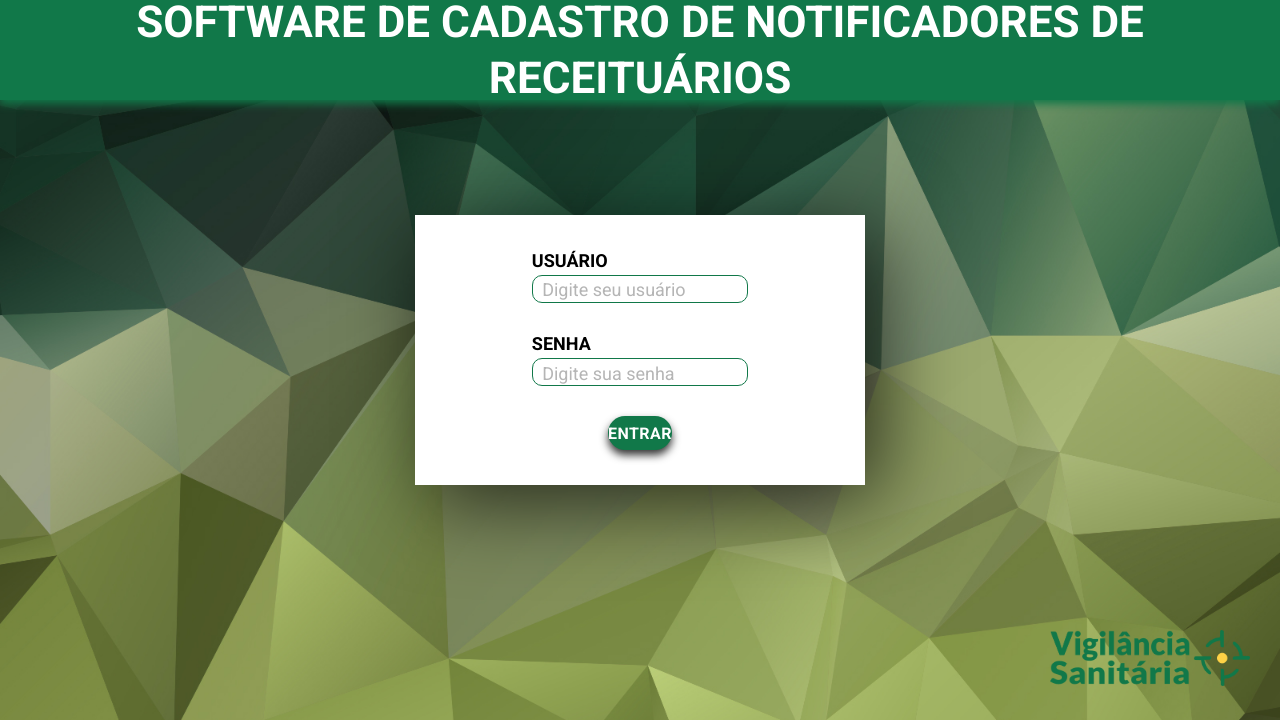
Repository: milena-rosa/web-prescription-notifier
Page: /
These files come from the project's save history. The page is drawn as it stood at one moment and after the next save; the edit follows.
The browser window is 1280 px wide. The pictures show the whole page.
The project was rebuilt for these pictures with package versions that can differ from the ones it lists, and the page was loaded fresh each time. Also part of the build but not shown: src/pages/Home/styles.ts, src/pages/Home/index.tsx.

Above is the page before, as saved 2021-11-07 13:28:21.

### public/index.html
<!DOCTYPE html>
<html lang="en">

<head>
  <meta charset="utf-8" />
  <link rel="preconnect" href="https://fonts.googleapis.com">
  <link rel="preconnect" href="https://fonts.gstatic.com" crossorigin>
  <link href="https://fonts.googleapis.com/css2?family=Roboto:wght@400;700&display=swap" rel="stylesheet">
  <!-- <link rel="icon" href="%PUBLIC_URL%/favicon.ico" /> -->
  <meta name="viewport" content="width=device-width, initial-scale=1" />
  <meta name="theme-color" content="#000000" />
  <title>Cadastro de Notificadores de Receituários</title>
</head>

<body>
  <noscript>You need to enable JavaScript to run this app.</noscript>
  <div id="root"></div>
</body>

</html>

### src/index.tsx
import React from 'react'
import ReactDOM from 'react-dom'

import { App } from './App'

ReactDOM.render(
  <React.StrictMode>
    <App />
  </React.StrictMode>,
  document.getElementById('root')
)

### src/App.tsx
import React from 'react'
import { BrowserRouter as Router } from 'react-router-dom'

import { Routes } from './routes'
import { GlobalStyle } from './styles/global'

export function App() {
  return (
    <Router>
      <Routes />
      <GlobalStyle />
    </Router>
  )
}

### src/routes/index.tsx
import React from 'react'
import { Switch } from 'react-router-dom'

import { Home } from '../pages/Home'
import { SignIn } from '../pages/SignIn'
import { Route } from './Route'

// import { useAuth } from '../hooks/useAuth'

export function Routes() {
  // const { loading } = useAuth()

  // if (loading) {
  //   return <h1>Abrindo...</h1>
  // }

  return (
    <Switch>
      <Route path="/" exact component={SignIn} />
      <Route path="/home" exact component={Home} isPrivate />
    </Switch>
  )
}

### src/styles/global.ts
import { createGlobalStyle } from 'styled-components'

export const GlobalStyle = createGlobalStyle`
  :root {
    --black: #000000;
    --gray: #b5b5b5;
    --white: #ffffff;

    --green-primary: #117849;
    --green-primary-70: rgba(17, 120, 73, 0.7);
    --green-primary-30: rgba(17, 120, 73, 0.3);
    --green-primary-5: rgba(17, 120, 73, 0.05);

    --light-green: #dbebe4;
    --brownish-green: #51665c;

    --red: #ff0000;
    --yellow: #f6ff8f;
  }

  * {
    box-sizing: border-box;
    margin: 0;
    padding: 0;
  }

  html {
    @media (max-width: 1080px) {
      font-size: 93.75%; // 15px
    }

    @media (max-width: 720px) {
      font-size: 87.5%; // 14px
    }
  }

  body {
    background: var(--white);
    color: var(--black);
    -webkit-font-smoothing: antialiased;
  }

  body, input, textarea, button, select {
    font-family: 'Roboto', sans-serif;
    font-weight: 400;
  }

  button {
    border: none;
    cursor: pointer;
  }

  .react-modal-overlay {
    align-items: center;
    background: rgba(0, 0, 0, 0.5);
    bottom: 0;
    display: flex;
    justify-content: center;
    left: 0;
    position: fixed;
    right: 0;
    top: 0;
    z-index: 11;
  }

  .react-modal-content {
    background: var(--white);
    border-radius: 0.25rem;
    min-height: 2.4rem;
    max-width: 41rem;
    position: relative;
    z-index: 12;
  }

  .react-modal-close {
    background: transparent;
    border: 0;
    position: absolute;
    right: 1rem;
    top: 1rem;
    transition: filter 0.2s;

    &:hover {
      filter: brightness(0.8);
    }
  }
`

### src/pages/SignIn/index.tsx
import React from 'react'

import logo from '../../assets/logo.png'
import { Button } from '../../components/Button'
import { Input } from '../../components/Input'
import { useForm } from '../../hooks/useForm'
import { Container } from './styles'

interface SignInFormValues {
  user: string
  password: string
}

export const SignIn: React.FC = () => {
  const {
    data: { user, password },
    handleChange,
    errors
  } = useForm<SignInFormValues>({
    initialValues: { user: '', password: '' },
    onSubmit: (event) => console.log(event),
    validations: {
      user: { required: { value: true, message: 'Preencha o campo obrigatório.' } },
      password: { required: { value: true, message: 'Preencha o campo obrigatório.' } }
    }
  })

  return (
    <Container>
      <header>Software de Cadastro de Notificadores de Receituários</header>
      <div>
        <Input
          name="user"
          label="Usuário"
          type="text"
          placeholder="Digite seu usuário"
          value={user}
          onChange={handleChange('user')}
          errors={errors.user}
          containerStyle={{ marginBottom: '1.875rem' }}
        />
        <Input
          name="password"
          label="Senha"
          type="password"
          placeholder="Digite sua senha"
          value={password}
          onChange={handleChange('password')}
          errors={errors.password}
          containerStyle={{ marginBottom: '1.875rem' }}
        />
        <Button>Entrar</Button>
      </div>
      <footer>
        <img src={logo} alt="Vigilância Sanitária" />
      </footer>
    </Container>
  )
}

### src/routes/Route.tsx
import React, { ComponentType } from 'react'
import { RouteProps as ReactDOMRouteProps, Route as ReactDOMRoute, Redirect } from 'react-router-dom'

interface IRouteProps extends ReactDOMRouteProps {
  isPrivate?: boolean
  component: ComponentType
}

export function Route({ isPrivate = false, component: Component, ...rest }: IRouteProps) {
  const isSigned = false

  return (
    <ReactDOMRoute
      {...rest}
      render={({ location }) =>
        (isPrivate && isSigned) || (!isPrivate && !isSigned) ? (
          <Component />
        ) : (
          <Redirect
            to={{
              pathname: isPrivate ? '/' : '/home',
              state: { from: location }
            }}
          />
        )
      }
    />
  )
}

### src/components/Button/index.tsx
import React, { ButtonHTMLAttributes } from 'react'

import { Container } from './styles'

interface ButtonProps extends ButtonHTMLAttributes<HTMLButtonElement> {
  buttonStyle?: object
}

export function Button({ children, buttonStyle = {}, ...rest }: ButtonProps) {
  return (
    <Container style={buttonStyle} {...rest}>
      {children}
    </Container>
  )
}

### src/components/Input/index.tsx
import React, { InputHTMLAttributes, useCallback, useState } from 'react'

import { Container, InputInformationContainer, Error, InputContainer } from './styles'

interface InputProps extends InputHTMLAttributes<HTMLInputElement> {
  name: string
  label?: string
  errors?: string
  containerStyle?: object
  inputStyle?: object
}

export const Input = ({
  name,
  label,
  containerStyle = {},
  inputStyle = {},
  errors,
  value,
  onBlur,
  disabled = false,
  ...rest
}: InputProps) => {
  const [isFocused, setIsFocused] = useState(false)

  const handleInputFocus = useCallback(() => {
    setIsFocused(true)
  }, [])

  const handleInputBlur = useCallback(
    (event: React.FocusEvent<HTMLInputElement>) => {
      if (onBlur) {
        onBlur(event)
      }
      setIsFocused(false)
    },
    [onBlur]
  )

  return (
    <Container>
      <InputInformationContainer>{!!label && <label htmlFor={name}>{label}</label>}</InputInformationContainer>
      <InputContainer style={containerStyle} isFocused={isFocused} isInvalid={!!errors} disabled={disabled}>
        <input
          {...rest}
          value={value || ''}
          id={name}
          name={name}
          onFocus={handleInputFocus}
          onBlur={handleInputBlur}
          style={inputStyle}
        />
      </InputContainer>
      {!!errors && <Error>{errors}</Error>}
    </Container>
  )
}

### src/hooks/useForm.ts
import { ChangeEvent, FormEvent, useState } from 'react'

interface Validation {
  required?: {
    value: boolean
    message: string
  }
  pattern?: {
    value: string
    message: string
  }
  custom?: {
    isValid: (value: any) => boolean
    message: string
  }
}

type Validations<T extends {}> = Partial<Record<keyof T, Validation>>
type ErrorRecord<T> = Partial<Record<keyof T, string>>

export type FormOptions<T extends {}> = {
  validations?: Validations<T>
  initialValues?: Partial<T>
  onSubmit?: (event?: any) => void
}

export type FormReturn<T extends {}> = {
  data: T
  handleChange: <S extends unknown>(
    key: keyof T,
    sanitizeFn?: ((value: string) => S) | undefined
  ) => (event: ChangeEvent<HTMLInputElement & HTMLSelectElement & HTMLTextAreaElement>) => void
  handleSubmit: (event: FormEvent<HTMLFormElement>) => Promise<void>
  reset: () => void
  setValue: (key: keyof T, value: any) => void
  errors: Partial<Record<keyof T, string>>
}

export const useForm = <T extends Record<keyof T, any>>(options?: FormOptions<T>) => {
  const [data, setData] = useState<T>((options?.initialValues || {}) as T)
  const [errors, setErrors] = useState<ErrorRecord<T>>({})

  const handleChange =
    <S extends unknown>(key: keyof T, sanitizeFn?: (value: string) => S) =>
    (event: ChangeEvent<HTMLInputElement & HTMLSelectElement & HTMLTextAreaElement>) => {
      const value =
        event.target.type === 'checkbox'
          ? event.target.checked
          : sanitizeFn
          ? sanitizeFn(event.target.value)
          : event.target.value

      setData({
        ...data,
        [key]: value
      })
    }

  const handleSubmit = async (event: FormEvent<HTMLFormElement>) => {
    event?.preventDefault()

    const validations = options?.validations
    if (validations) {
      let valid = true
      const newErrors: Partial<Record<keyof T, string>> = {}

      for (const key in validations) {
        const value = data[key]
        const validation = validations[key]

        if (validation?.required?.value && !value) {
          valid = false
          newErrors[key] = validation?.required?.message
        }

        const pattern = validation?.pattern
        if (pattern?.value && !RegExp(pattern.value).test(value)) {
          valid = false
          newErrors[key] = pattern.message
        }

        const custom = validation?.custom
        if (custom?.isValid && !custom.isValid(value)) {
          valid = false
          newErrors[key] = custom.message
        }
      }

      if (!valid) {
        setErrors(newErrors)
        return
      }
    }

    setErrors({})

    if (options?.onSubmit) {
      options.onSubmit()
    }
  }

  const reset = () => {
    setData({} as T)
    setErrors({})
  }

  const setValue = (key: keyof T, value: any) => {
    setData({
      ...data,
      [key]: value
    })
  }

  return {
    data,
    handleChange,
    handleSubmit,
    reset,
    setValue,
    errors
  }
}

### src/pages/SignIn/styles.ts
import styled from 'styled-components'

import backgroundImg from '../../assets/background.png'

export const Container = styled.div`
  align-items: center;
  background: url(${backgroundImg}) no-repeat center center fixed;
  background-size: cover;
  bottom: 0;
  display: flex;
  flex-direction: column;
  justify-content: space-between;
  left: 0;
  position: fixed;
  right: 0;
  top: 0;
  z-index: 11;

  header {
    align-items: center;
    background: var(--green-primary);
    color: var(--white);
    display: flex;
    filter: drop-shadow(0px 4px 4px var(--green-primary));
    font-weight: bold;
    font-size: 2.75rem;
    height: 6.25rem;
    justify-content: center;
    line-height: 3.5rem;
    text-align: center;
    text-transform: uppercase;
    width: 100%;
  }

  > div {
    align-items: center;
    background-color: var(--white);
    display: flex;
    filter: drop-shadow(15px 15px 42px rgba(0, 0, 0, 0.7));
    flex-direction: column;
    height: 16.875rem;
    padding: 2.1875rem 4.6875rem;
    width: 28.125rem;
  }

  footer {
    /* background: lime; */
    align-self: flex-end;

    > img {
      margin: 1.875rem;
      width: 12.5rem;
    }
  }
`

### src/components/Button/styles.ts
import styled from 'styled-components'

export const Container = styled.button`
  align-items: center;
  background: var(--green-primary);
  border: 0;
  border-radius: 3.125rem;
  box-shadow: 0px 5px 8px rgba(0, 0, 0, 0.8);
  color: var(--white);
  display: flex;
  font-weight: bold;
  font-size: 1rem;
  height: 2.5rem;
  justify-content: center;
  letter-spacing: 0.03em;
  line-height: 1.1875rem;
  text-align: center;
  text-transform: uppercase;

  &:disabled {
    background: var(--gray-20);
    box-shadow: 0 6px 12px rgba(51, 51, 51, 0.25);
    color: var(--gray-40);
  }

  &:hover {
    transform: translate(1px, 1px);
  }
`

### src/components/Input/styles.ts
import styled, { css } from 'styled-components'

export const Container = styled.div`
  display: flex;
  flex-direction: column;
`

interface InputContainerProps {
  isFocused: boolean
  isInvalid: boolean
  disabled: boolean
}

export const InputContainer = styled.div<InputContainerProps>`
  background: ${(props) => (props.disabled ? 'var(--gray-20)' : 'var(--green-primary-15)')};
  border: 1px solid ${(props) => (props.disabled ? 'transparent' : 'var(--green-primary)')};
  border-radius: 0.625rem;
  color: ${(props) => (props.disabled ? 'var(--gray-60)' : 'var(--black)')};
  height: 1.76rem;
  position: relative;

  ${(props) =>
    props.isFocused &&
    css`
      border-color: var(--blue-primary);
    `}

  ${(props) =>
    props.isInvalid &&
    css`
      border-color: var(--orange);
    `}

  input {
    background: transparent;
    border: 0;
    font-size: 1.125rem;
    line-height: 1.3125rem;
    height: 100%;
    min-height: 1.76rem;
    outline: 0;
    padding-left: 0.58rem;
    width: 100%;

    &::placeholder {
      color: var(--gray);
    }
  }
`

export const InputInformationContainer = styled.div`
  align-items: baseline;
  display: flex;
  justify-content: space-between;

  label {
    color: var(--black);
    display: block;
    font-size: 1.125rem;
    font-weight: bold;
    line-height: 1.3125rem;
    text-transform: uppercase;
    margin-bottom: 0.25rem;
  }
`

export const Error = styled.p`
  color: var(--orange);
  font-size: 1rem;
  line-height: 1.25rem;
  margin-top: 0.5rem;
`

After the next save:
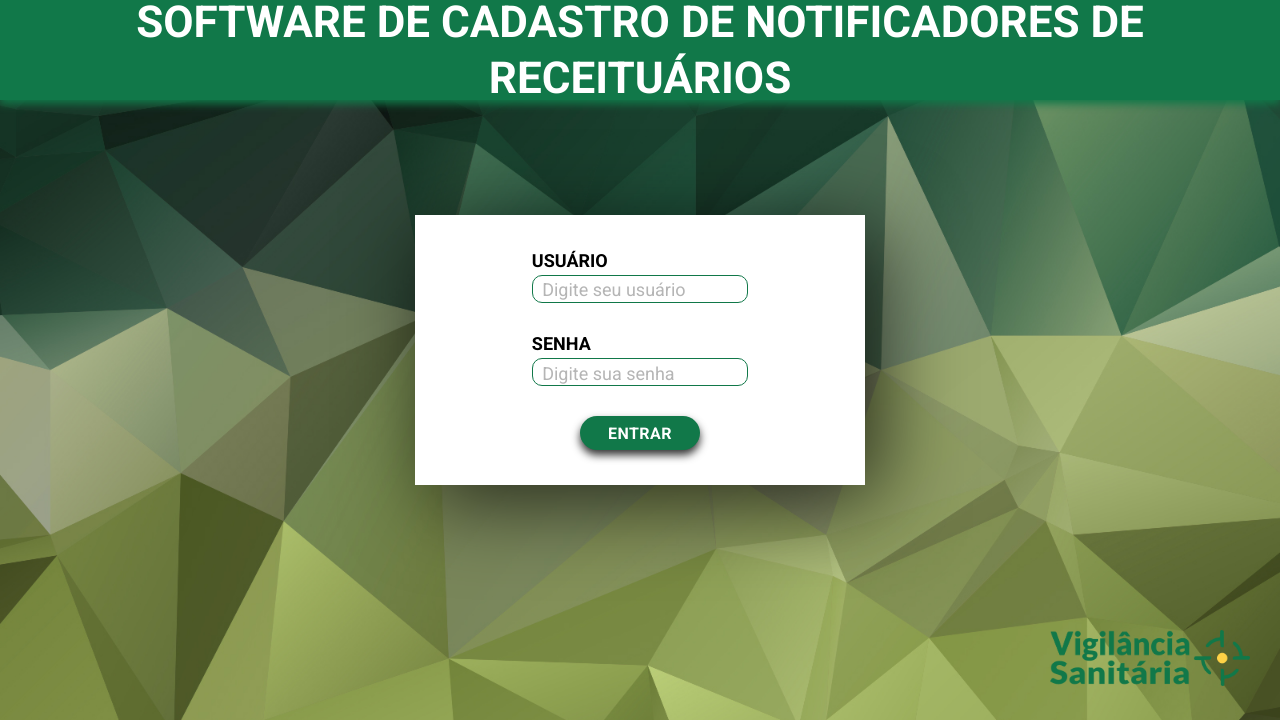
Saved 27 s later.
--- a/src/components/Button/styles.ts
+++ b/src/components/Button/styles.ts
@@ -14,6 +14,7 @@
   justify-content: center;
   letter-spacing: 0.03em;
   line-height: 1.1875rem;
+  min-width: 7.5rem;
   text-align: center;
   text-transform: uppercase;
 
